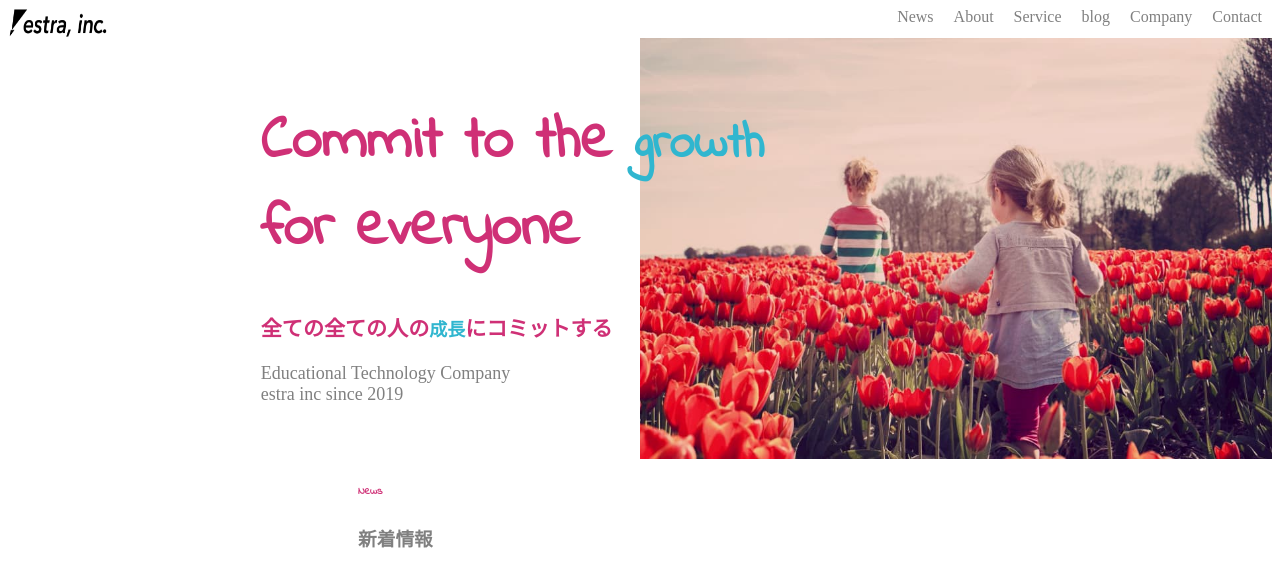
Repository: sigemasaasuka/20210902
Page: index.html
The author's editor kept a copy of each file at every save. The page is drawn from the files as they stood at one save, then again after a run of saves.
The browser window is 1280 px wide. The pictures show the whole page.

Above is the page before, as saved 2021-09-09 13:02:15.

### index.html
<!DOCTYPE html>
<html lang="ja">

<head>
  <meta charset="UTF-8">
  <meta name="viewport" content="width=device-width, initial-scale=1.0">
  <title>Document</title>
  <link rel="stylesheet" href="css/style.css">
  <link rel="stylesheet" href="css/reset.css">
  <link rel="preconnect" href="https://fonts.googleapis.com">
  <link rel="preconnect" href="https://fonts.gstatic.com" crossorigin>
  <link href="https://fonts.googleapis.com/css2?family=Indie+Flower&display=swap" rel="stylesheet">
</head>

<body>
  <div class="flex">
    <img src="img/img/estra_logo.png" alt="estra_logo" width="100px" height="30px">
    <div class="parent">
      <div class="child">News</div>
      <div class="child">About</div>
      <div class="child">Service</div>
      <div class="child">blog</div>
      <div class="child">Company</div>
      <div class="child">Contact</div>

    </div>
  </div>
  <div class="relative">
    <img class="relative__img" src="img/img/firstview.jpg" alt="firstview">
    <div class="example">
      <h1>Commit to the <span class="document"> growth</span> <br>for everyone</h1>
    </div>
      <div class="second">
        <h3>全ての全ての人の<span class="second-txt">成長</span>にコミットする</h3>
        <p class="subtitle">Educational Technology Company<br>estra inc since 2019</p>
      </div>
    </div>
    <div class="smlltitle">
    <h6>News</h6>
    </div>
    <div class="list">
      <h3>新着情報</h3>
    </div>
   </div>
　</div>

</body>

</html>

### css/style.css
.img {
  text-align: left;
}

.parent {
  display: flex;
  text-align: right;
  color: gray;
}

.child {
  margin: 0 10px;
  font-weight: lighter;
}
.flex {
  display: flex;
  justify-content: space-between;
}

.relative {
  position: relative;
}

.relative__img {
  margin: 0 0 0 auto;
  display: block;
  width: 50%;
}

.example {
  position: absolute;
  top: 5%;
  left: 20%;
  font-size: 30px;
  color: #cf3076;
  font-family: "Indie Flower", cursive;
}

.document {
  top: 5%;
  left: 20%;
  font-size: 50px;
  color: #30b6cf;
  font-family: "Indie Flower", cursive;
}

.second {
  position: absolute;
  top: 60%;
  left: 20%;
  font-size: 18px;
  color: #cf3076;
}

.second-txt {
  top: 60%;
  left: 20%;
  font-size: 18px;
  color: #30b6cf;
}

.subtitle {
  color: gray;
  font-weight: lighter;
}

.smlltitle {
  color: #cf3076;
  font-family: "Indie Flower", cursive;
  margin-left: 350px;
}

.list {
  color: gray;
  margin-left: 350px;
}

Loaded but not shown: css/reset.css (empty)

After the next 2 saves:
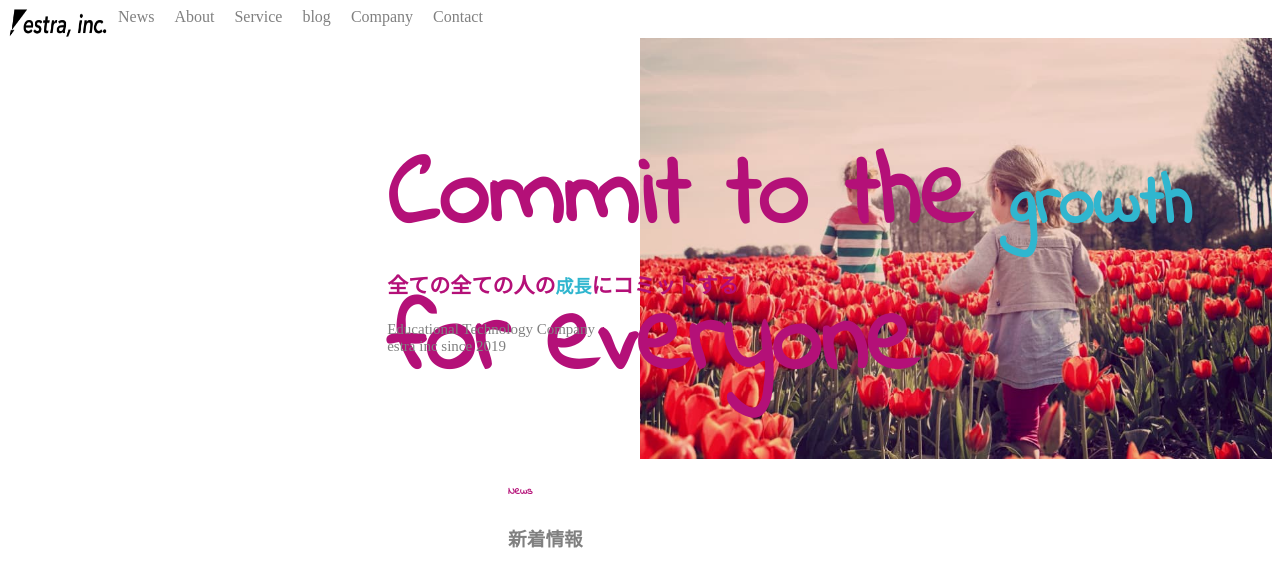
The 2 saves are shown as one change because they came seconds apart.
The last was saved 3 days later.
--- a/css/style.css
+++ b/css/style.css
@@ -12,9 +12,12 @@
   margin: 0 10px;
   font-weight: lighter;
 }
+
 .flex {
   display: flex;
   justify-content: space-between;
+  width: 100px;
+  height: 30px;
 }
 
 .relative {
@@ -30,47 +33,72 @@
 .example {
   position: absolute;
   top: 5%;
-  left: 20%;
-  font-size: 30px;
-  color: #cf3076;
+  left: 30%;
+  font-size: 50px;
+  color: #b41078;
   font-family: "Indie Flower", cursive;
 }
 
 .document {
   top: 5%;
-  left: 20%;
-  font-size: 50px;
+  left: 30%;
+  font-size: 70px;
   color: #30b6cf;
   font-family: "Indie Flower", cursive;
 }
 
 .second {
   position: absolute;
-  top: 60%;
-  left: 20%;
+  top: 50%;
+  left: 30%;
   font-size: 18px;
-  color: #cf3076;
+  color: #b41078;
 }
 
 .second-txt {
-  top: 60%;
-  left: 20%;
+  top: 50%;
+  left: 30%;
   font-size: 18px;
   color: #30b6cf;
 }
 
 .subtitle {
+  margin: 0;
+  font-size: 15px;
   color: gray;
   font-weight: lighter;
 }
 
 .smlltitle {
-  color: #cf3076;
+  color: #b41078;
   font-family: "Indie Flower", cursive;
-  margin-left: 350px;
+  margin-left: 500px;
 }
 
 .list {
   color: gray;
-  margin-left: 350px;
+  margin-left: 500px;
+  margin-top: 10px;
 }
+
+.info {
+  border-width: 1px 0px 0px 0px;
+  border-style: solid;
+  border-color: gray;
+  height: 10px;
+  margin-left: 500px;
+  margin-top: 25px;
+  font-size: 10px;
+  color: gray;
+}
+
+.practice__btn {
+  width: 100px;
+  padding: 3px 0;
+  color: #fff;
+  border-radius: 30px;
+  background-color: #b41078;
+  text-align: center;
+  margin: 0 auto 0;
+  display: block;
+}
